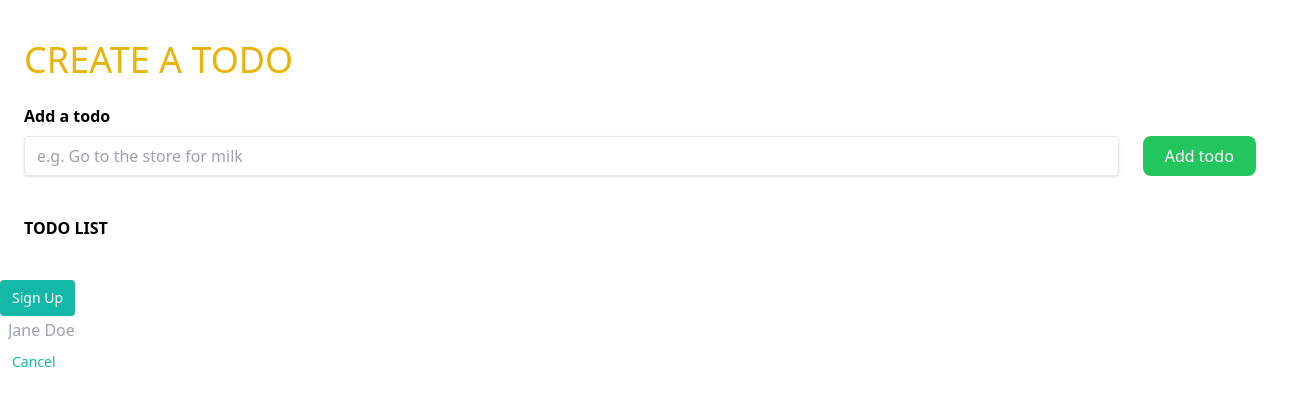
Repository: Kajo-lab/vue-todo
Page: /
These files come from the project's save history. The page is drawn as it stood at one moment and after the next save; the edit follows.
The browser window is 1280 px wide. The page is 1292 px wide, then 1280 px, so the pictures cover 1292 px, including what lies to the right of the window. The pictures show the whole page.
The project was rebuilt for these pictures with package versions that can differ from the ones it lists, and the page was loaded fresh each time. Also part of the build but not shown: vite.config.js, webpack.config.js.

Above is the page before, as saved 2022-07-07 18:15:07.

After the next save:
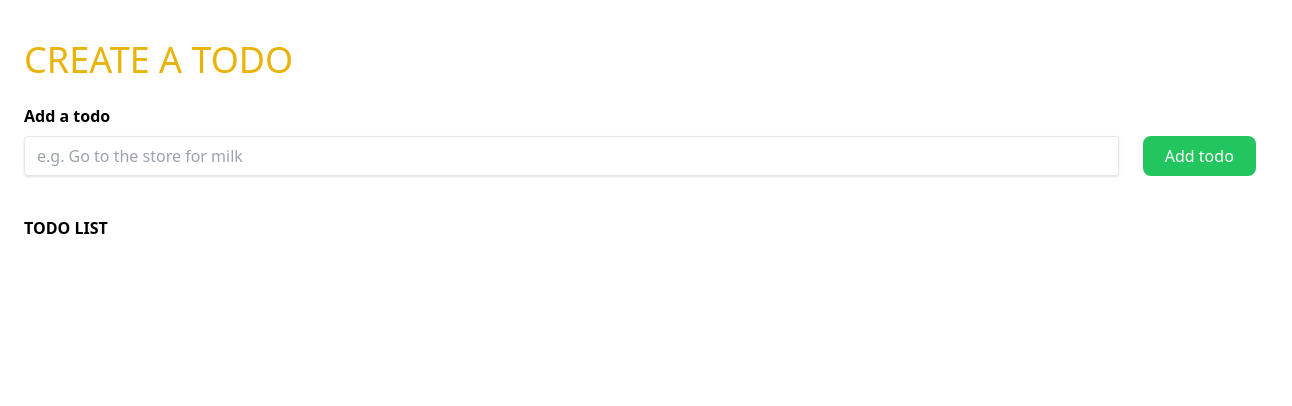
Saved 106 s later.
--- a/src/App.vue
+++ b/src/App.vue
@@ -90,19 +90,6 @@ onMounted(() => {
 		</section>
 	</div>
 
-
-
-  <div class="">
-	<button class="flex-shrink-0 bg-teal-500 hover:bg-teal-700 border-teal-500 hover:border-teal-700 text-sm border-4 text-white py-1 px-2 rounded" type="button">
-      Sign Up
-    </button>
-    <input class="appearance-none bg-transparent border-none w-full text-gray-700 mr-3 py-1 px-2 leading-tight focus:outline-none" type="text" placeholder="Jane Doe" aria-label="Full name">
-
-    <button class="flex-shrink-0 border-transparent border-4 text-teal-500 hover:text-teal-800 text-sm py-1 px-2 rounded" type="button">
-      Cancel
-    </button>
-  </div>
-
 </main>
 
 
